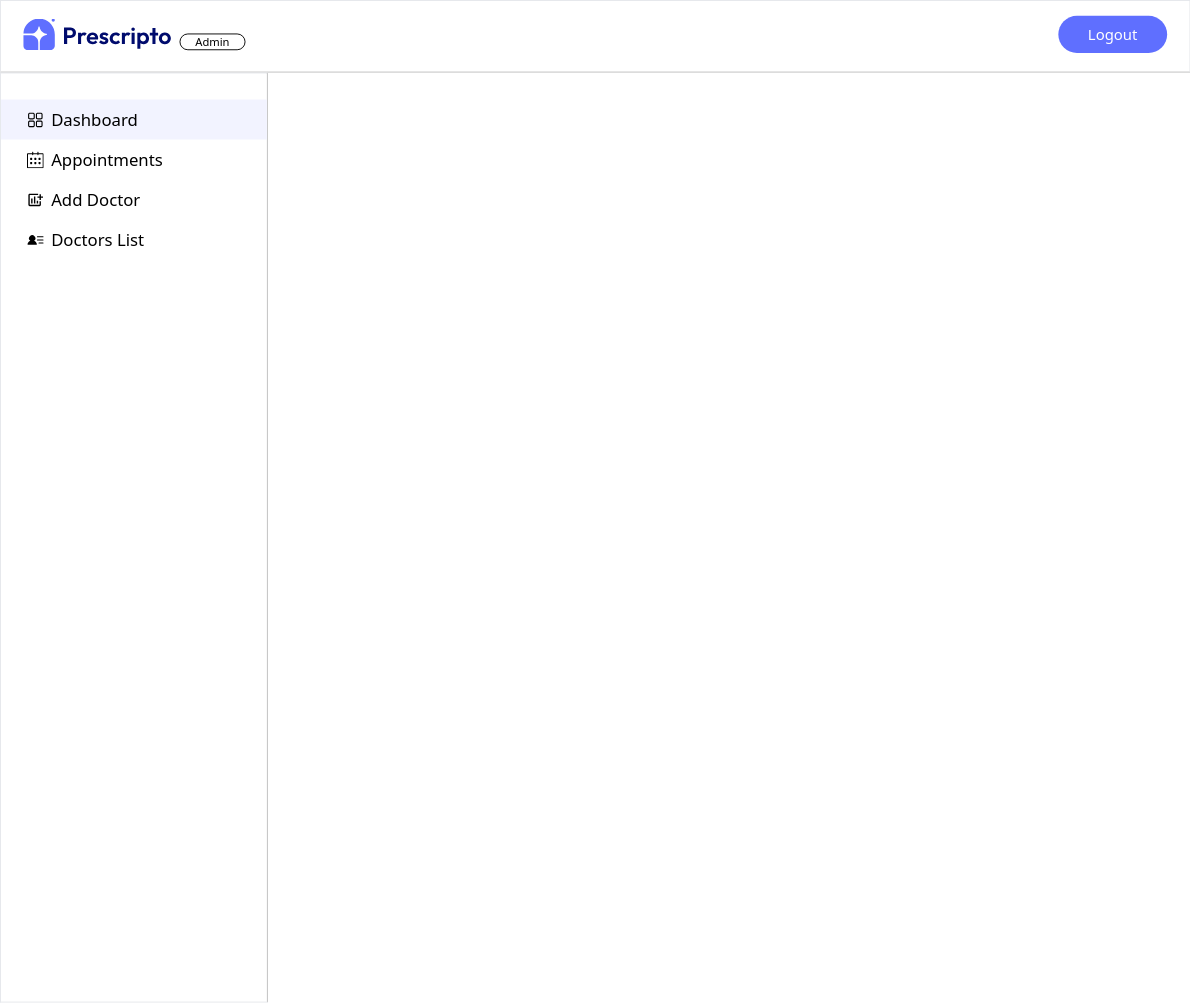
Repository: AzizHamdi99/Prescripto
Page: /dashboard (app in AdminPanel/)
These files come from the project's save history. The page is drawn as it stood at one moment and after a run of saves; the edit follows.
The browser window is 1280 px wide. The pictures show the whole page, at 93% of full size.
The project was rebuilt for these pictures with package versions that can differ from the ones it lists, and the page was loaded fresh each time. Also part of the build but not shown: AdminPanel/vite.config.js, AdminPanel/src/componants/AddDoctor.jsx, AdminPanel/src/componants/DocotorsList.jsx, AdminPanel/src/componants/AllAppointments.jsx.

Above is the page before, as saved 2025-01-17 13:56:54.

After the next 2 saves:
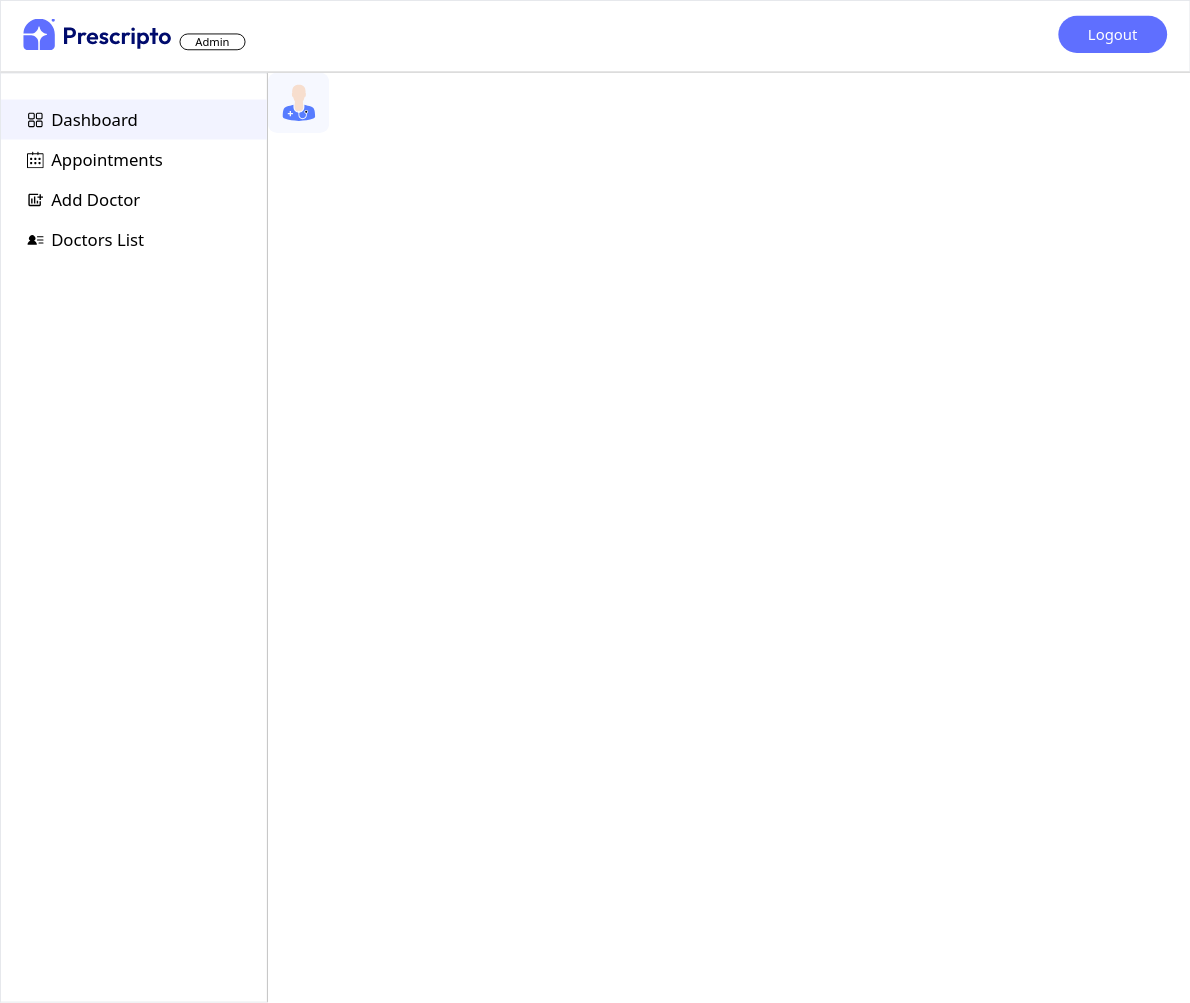
The 2 saves are shown as one change because 1 did not build or start.
The last was saved 61 s later.
--- a/AdminPanel/src/componants/Dashboard.jsx
+++ b/AdminPanel/src/componants/Dashboard.jsx
@@ -5,7 +5,7 @@ function Dashboard() {
     <div>
         <div>
             <div>
-
+                <img src={assets.doctor_icon} alt="" />
             </div>
 
         </div>
